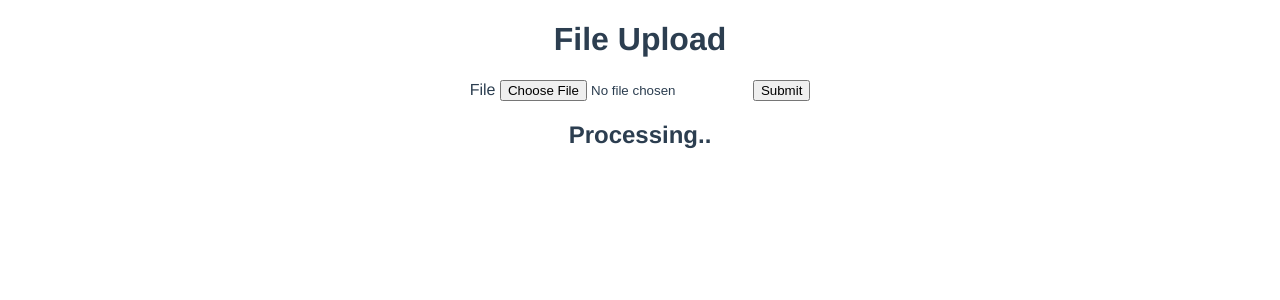
Repository: rockeycse/file-upload-front
Page: /
The author's editor kept a copy of each file at every save. The page is drawn from the files as they stood at one save, then again after the next save.
The browser window is 1280 px wide. The pictures show the whole page.
The project was rebuilt for these pictures with package versions that can differ from the ones it lists, and the page was loaded fresh each time. Also part of the build but not shown: src/components/ProgressPage.vue.

Above is the page before, as saved 2021-06-28 20:29:34.

After the next save:
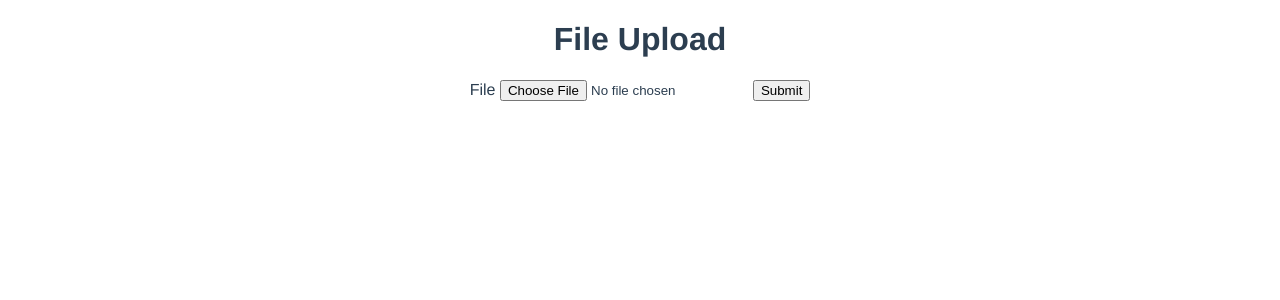
Saved 15 s later.
--- a/src/components/FileUpload.vue
+++ b/src/components/FileUpload.vue
@@ -15,7 +15,7 @@
       </label>
       <button v-on:click.prevent="submitFile()">Submit</button>
     </div>
-    <div><h2>Processing..</h2></div>
+    <div v-else><h2>Processing..</h2></div>
   </div>
 </template>
 
